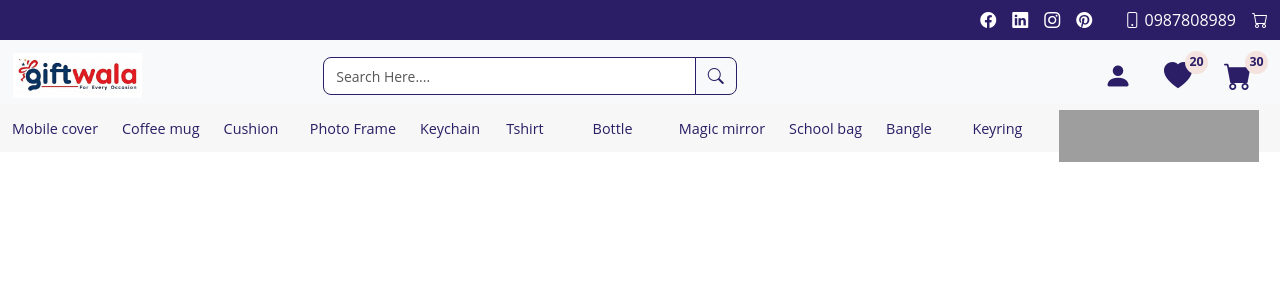
Repository: mangalravi/GiftWala
Page: index.html
The author's editor kept a copy of each file at every save. The page is drawn from the files as they stood at one save, then again after the next save.
The browser window is 1280 px wide. The pictures show the whole page.
Pictures or frames that could not be fetched are drawn as grey boxes. The style sheet was rebuilt from its Sass, Less or Tailwind sources for each picture, by a compiler version that may differ from the author's.

Above is the page before, as saved 2024-07-07 17:56:58.

After the next save:
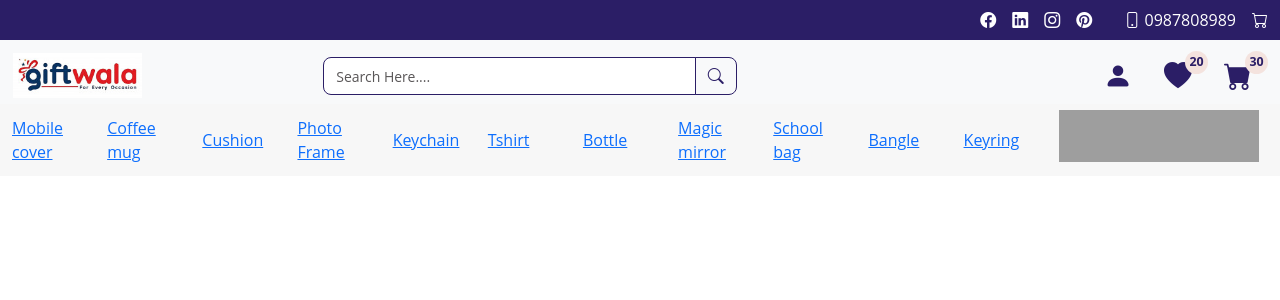
Saved 5 min 1 s later.
--- a/index.html
+++ b/index.html
@@ -186,17 +186,39 @@
                   <div class="row w-100">
                     <div class="col-sm-10">
                       <div class="row align-items-center">
-                        <div class="col"><a href="#">Mobile cover</a></div>
-                        <div class="col"><a href="#">Coffee mug</a></div>
-                        <div class="col"><a href="#">Cushion</a></div>
-                        <div class="col"><a href="#">Photo Frame</a></div>
-                        <div class="col"><a href="#">Keychain</a></div>
-                        <div class="col"><a href="#">Tshirt</a></div>
-                        <div class="col"><a href="#">Bottle</a></div>
-                        <div class="col"><a href="#">Magic mirror</a></div>
-                        <div class="col"><a href="#">School bag</a></div>
-                        <div class="col"><a href="#">Bangle</a></div>
-                        <div class="col"><a href="#">Keyring</a></div>
+                        <div class="col-6 col-sm-4 col-md-3 col-lg">
+                          <a href="#">Mobile cover</a>
+                        </div>
+                        <div class="col-6 col-sm-4 col-md-3 col-lg">
+                          <a href="#">Coffee mug</a>
+                        </div>
+                        <div class="col-6 col-sm-4 col-md-3 col-lg">
+                          <a href="#">Cushion</a>
+                        </div>
+                        <div class="col-6 col-sm-4 col-md-3 col-lg">
+                          <a href="#">Photo Frame</a>
+                        </div>
+                        <div class="col-6 col-sm-4 col-md-3 col-lg">
+                          <a href="#">Keychain</a>
+                        </div>
+                        <div class="col-6 col-sm-4 col-md-3 col-lg">
+                          <a href="#">Tshirt</a>
+                        </div>
+                        <div class="col-6 col-sm-4 col-md-3 col-lg">
+                          <a href="#">Bottle</a>
+                        </div>
+                        <div class="col-6 col-sm-4 col-md-3 col-lg">
+                          <a href="#">Magic mirror</a>
+                        </div>
+                        <div class="col-6 col-sm-4 col-md-3 col-lg">
+                          <a href="#">School bag</a>
+                        </div>
+                        <div class="col-6 col-sm-4 col-md-3 col-lg">
+                          <a href="#">Bangle</a>
+                        </div>
+                        <div class="col-6 col-sm-4 col-md-3 col-lg">
+                          <a href="#">Keyring</a>
+                        </div>
                       </div>
                     </div>
                     <div class="col-sm-2">
